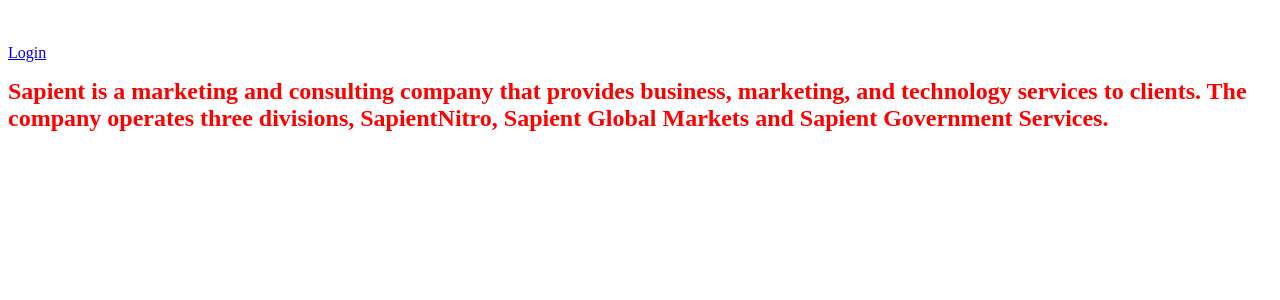
Repository: sauran/SapientTraining
Page: DemoProject/WebContent/sapient.html
The author's editor kept a copy of each file at every save. The page is drawn from the files as they stood at one save, then again after the next save.
The browser window is 1280 px wide. The pictures show the whole page.

Above is the page before, as saved 2015-09-15 09:23:11.

### DemoProject/WebContent/sapient.html
<!DOCTYPE html>
<html>
<head>
<meta charset="ISO-8859-1">
<title>Welcome To Sapient</title>
</head>

<style>

h1 {
color :red;
font-size:150%;

}
p{
color:#E6FFE6;
font-size :150%;

}


</style>
<body>

<br>
<br>

<a href = "Login.html"> Login</a>
<h1>  Sapient is a marketing and consulting company that provides business, marketing, and technology services to clients. The company operates three divisions, SapientNitro, Sapient Global Markets and Sapient Government Services.</h1>
</body>
</html>

After the next save:
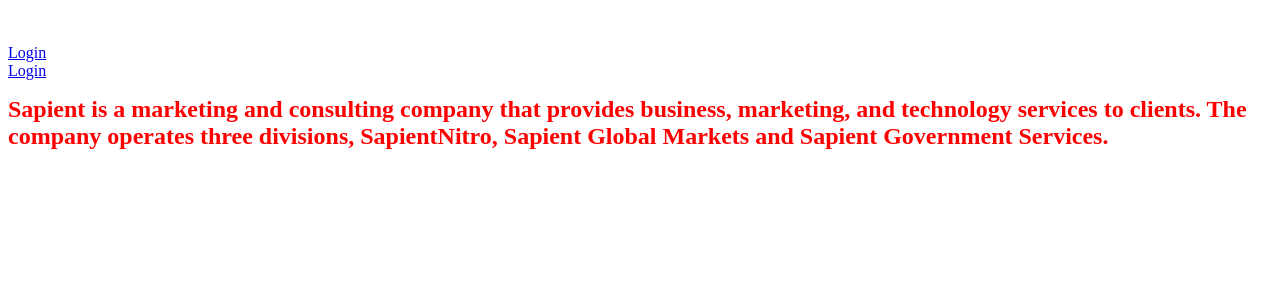
Saved 20 s later.
--- a/DemoProject/WebContent/sapient.html
+++ b/DemoProject/WebContent/sapient.html
@@ -25,7 +25,8 @@
 <br>
 <br>
 
-<a href = "Login.html"> Login</a>
+<a href = "Login.html"> Login</a><br>
+<a href = "Signup.html"> Login</a>
 <h1>  Sapient is a marketing and consulting company that provides business, marketing, and technology services to clients. The company operates three divisions, SapientNitro, Sapient Global Markets and Sapient Government Services.</h1>
 </body>
 </html>
